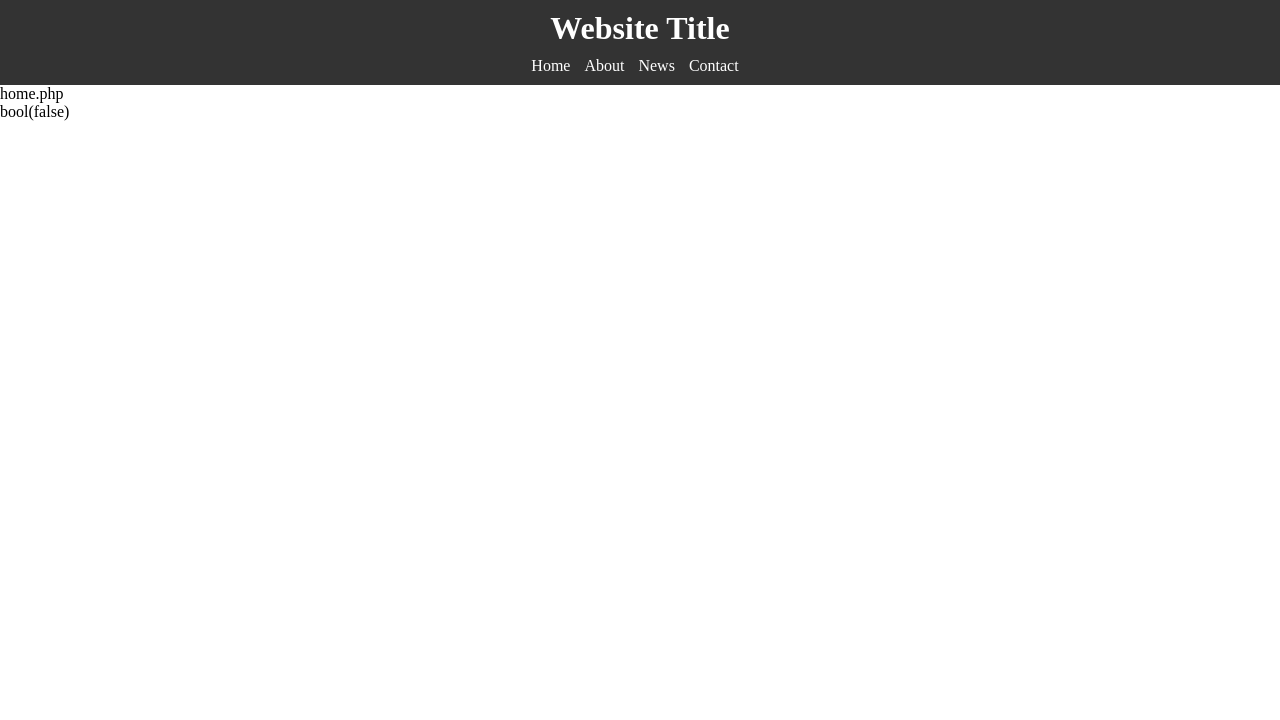
Repository: KHANHD192/Docker_lab
Page: http://localhost/?file=home.php
An editor plug-in stored every save of this project. The page is shown before and after the next save, followed by the edit.
The browser window is 1280 px wide. The pictures show the whole page.
The page is run by PHP 8.4 with error messages shown; the project is at /var/www/html/.

Above is the page before, as saved 2024-04-08 16:50:31.

### src/index.php
<!DOCTYPE html>
<html lang="en">
<head>
    <meta charset="UTF-8">
    <meta name="viewport" content="width=device-width, initial-scale=1.0">
    <title>Header</title>
    <!-- Định nghĩa CSS cho header -->
    <style>
        *{
            padding:0;
            margin:0;
        }


        header {
            background-color: #333;
            color: #fff;
            padding: 10px;
            text-align: center;
        }

        nav {
            text-align: center;
            margin-top: 10px;
        }

        nav ul {
            list-style-type: none;
            padding: 0;
            margin: 0;
        }

        nav ul li {
            display: inline;
            margin-right: 10px;
        }

        nav ul li a {
            color: #fff;
            text-decoration: none;
        }

        nav ul li a:hover {
            text-decoration: underline;
        }
        footer {
            background-color: #333;
            color: #fff;
            text-align: center;
            position: fixed;
            bottom: 0;
            width: 100%;
        }
    </style>
</head>
<body>
<header>
        <h1>Website Title</h1>
        <nav>
            <ul>
                <li><a href="?file=home.php">Home</a></li>
                <li><a href="?file=about.php">About</a></li>
                <li><a href="?file=news.php">News</a></li>
                <li><a href="?file=contact.php">Contact</a></li>
            </ul>
        </nav>
    </header>
    <content>
        <?php

        // print_r($black_list);
//validate
       if(empty($_GET['file'])) {
        include("include/home.php");
       }else {
        // echo "haha";/
        $black_list= array(
            "/etc/issue",
            "/etc/passwd",
            "/etc/shadow",
            "/etc/group",
            "/etc/hosts",
            "/etc/motd",
            "/proc/[0-9]*/fd/[0-9]*",
            "/proc/self/environ",
            "/proc/version",
            "/proc/cmdline",
            "/proc/sched_debug",
            "/proc/mounts",
            "/proc/net/arp",
            "/proc/net/route",
            "/proc/net/tcp"
        );
        $path=str_replace("../","",$_GET['file']);
        echo $path;
        echo "</br>";

        foreach($black_list as $item){
            // echo $item;
            if(stripos($path,$item) >=0 ){
                var_dump(stripos($path,$item));
                //     echo "<h3>Hacking detected !</h3>";
                //     echo "</br>";
                exit();
            }
        }
        $src = "include/".$path;
        include($src);
       }
        ?>
    </content>
    <footer>
     <p>&copy; 2022 Your Website. All rights reserved.</p>
    </footer>
</body>
</html>

### src/include/home.php
<div>
        <h2>Welcome to Our Website</h2>
        <p>This is the home page of our website. You can put your main content here.</p>
</div>

After the next save:
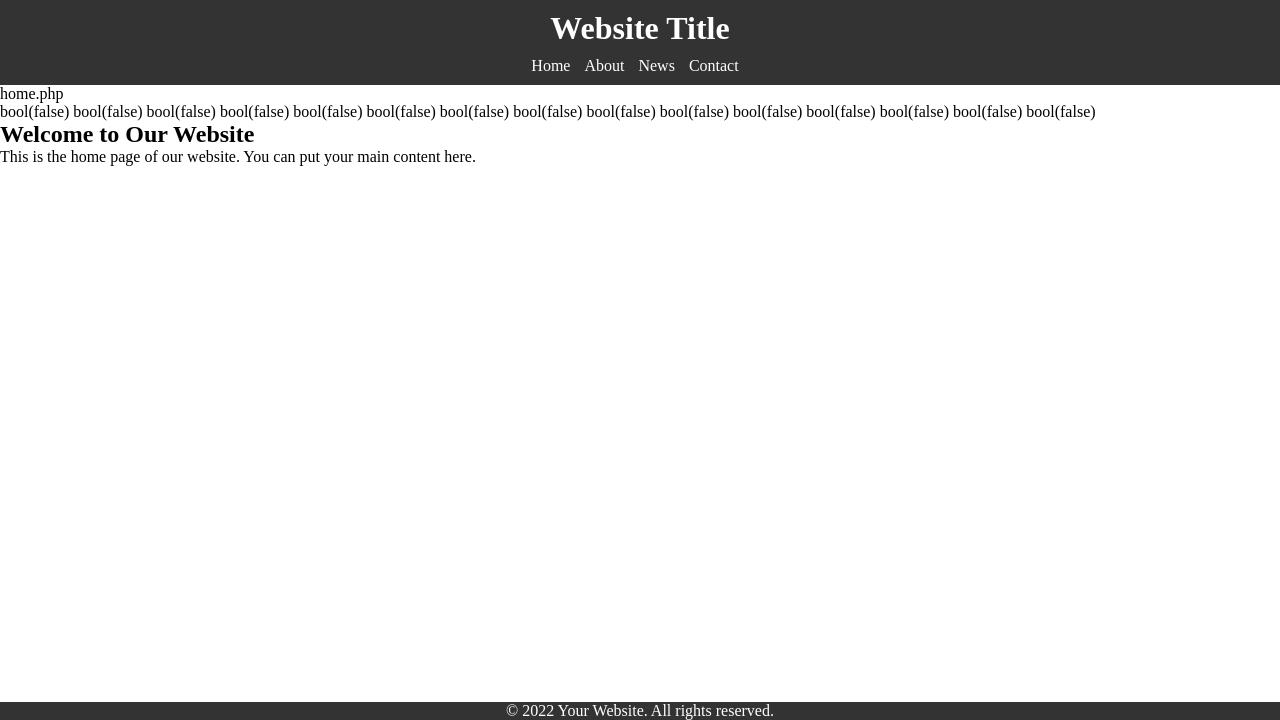
Saved 12 s later.
--- a/src/index.php
+++ b/src/index.php
@@ -101,7 +101,7 @@
                 var_dump(stripos($path,$item));
                 //     echo "<h3>Hacking detected !</h3>";
                 //     echo "</br>";
-                exit();
+                // exit();
             }
         }
         $src = "include/".$path;
